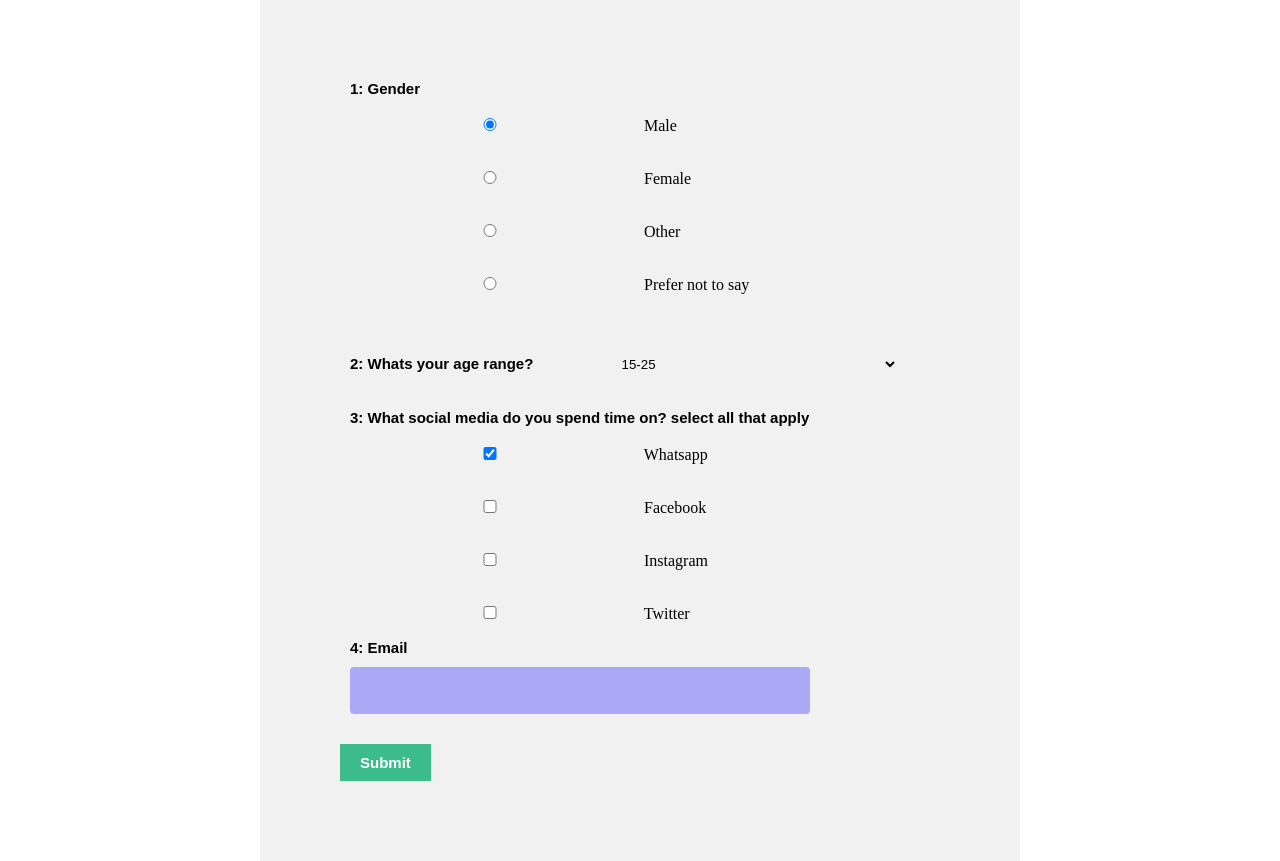
Repository: Grace229/Hasob-form
Page: index.html
An editor plug-in stored every save of this project. The page is shown before and after a run of saves, followed by the edit.
The browser window is 1280 px wide. The pictures show the whole page.

Above is the page before, as saved 2020-12-27 21:13:09.

After the next 3 saves:
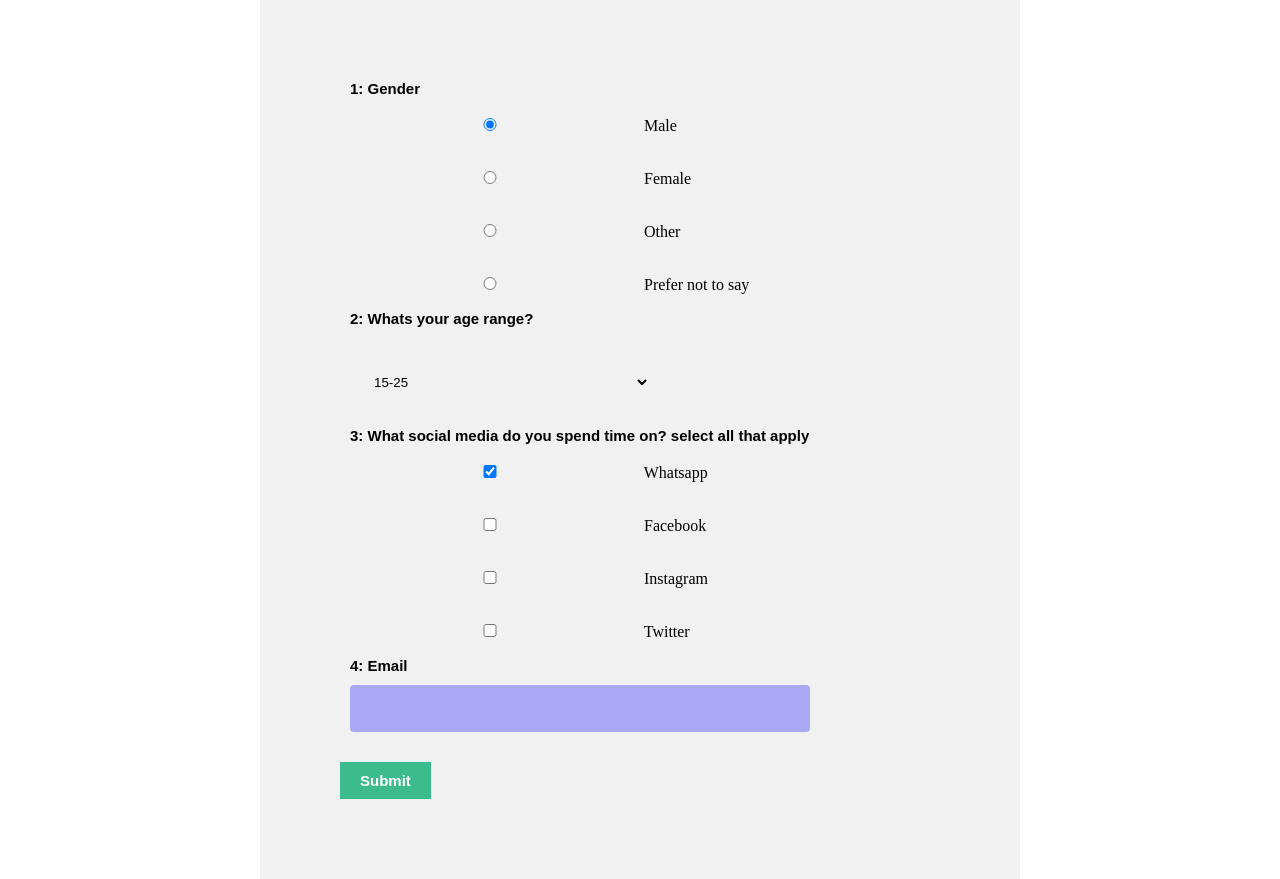
The 3 saves are shown as one change because they came seconds apart.
The last was saved 34 s later.
--- a/index.html
+++ b/index.html
@@ -23,7 +23,7 @@
         </div>
         <!-- dropdown -->
         <div>
-            <label  class="question" for="">2: Whats your age range? </label>
+            <label  class="question" for="">2: Whats your age range? </label><br>
                <select name="grace" id="input">
                    <option value="male" class="check">
                     <label> 15-25</label>
